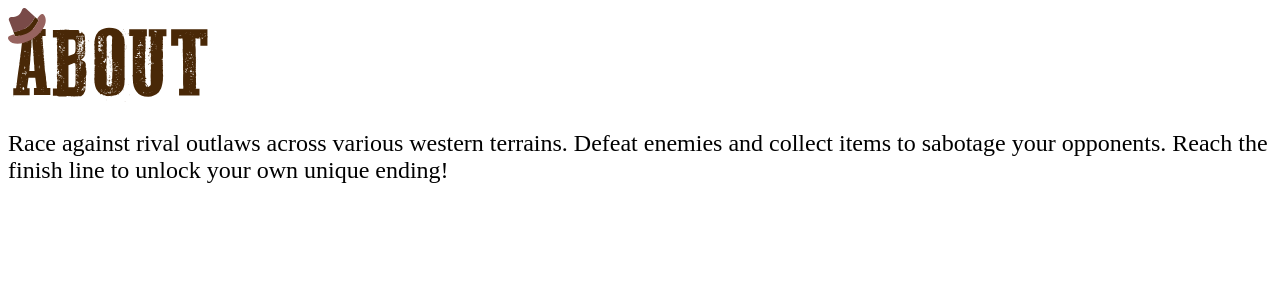
Repository: AlyssaHug/Bandit-Breakout
Page: index.html
These files come from the project's save history. The page is drawn as it stood at one moment and after a run of saves; the edit follows.
The browser window is 1280 px wide. The pictures show the whole page.
Some web fonts or font styles are not loaded; a fallback is used.

Above is the page before, as saved 2025-05-06 11:50:04.

After the next 2 saves:
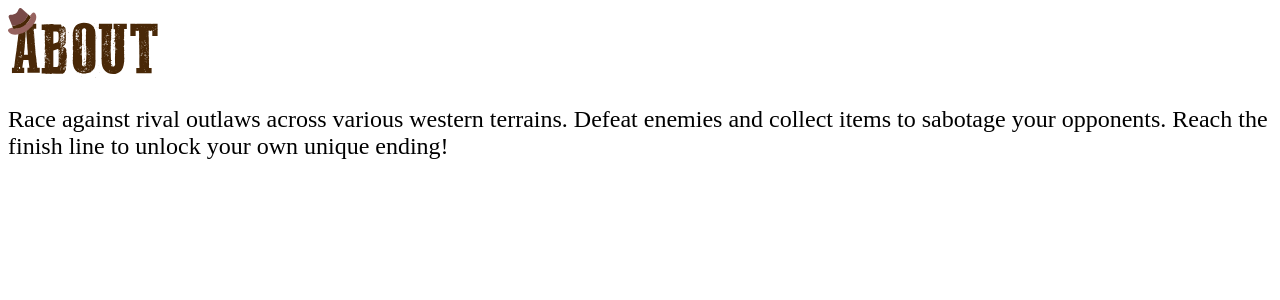
The 2 saves are shown as one change because they came seconds apart.
The last was saved 55 s later.
--- a/styles.css
+++ b/styles.css
@@ -22,8 +22,7 @@
   }
 
   .about_section-heading{
-    width: 200px;
-
+    width: 150px;
   }
   .about_section-text{
     font-size: var(--font-size-h4);
